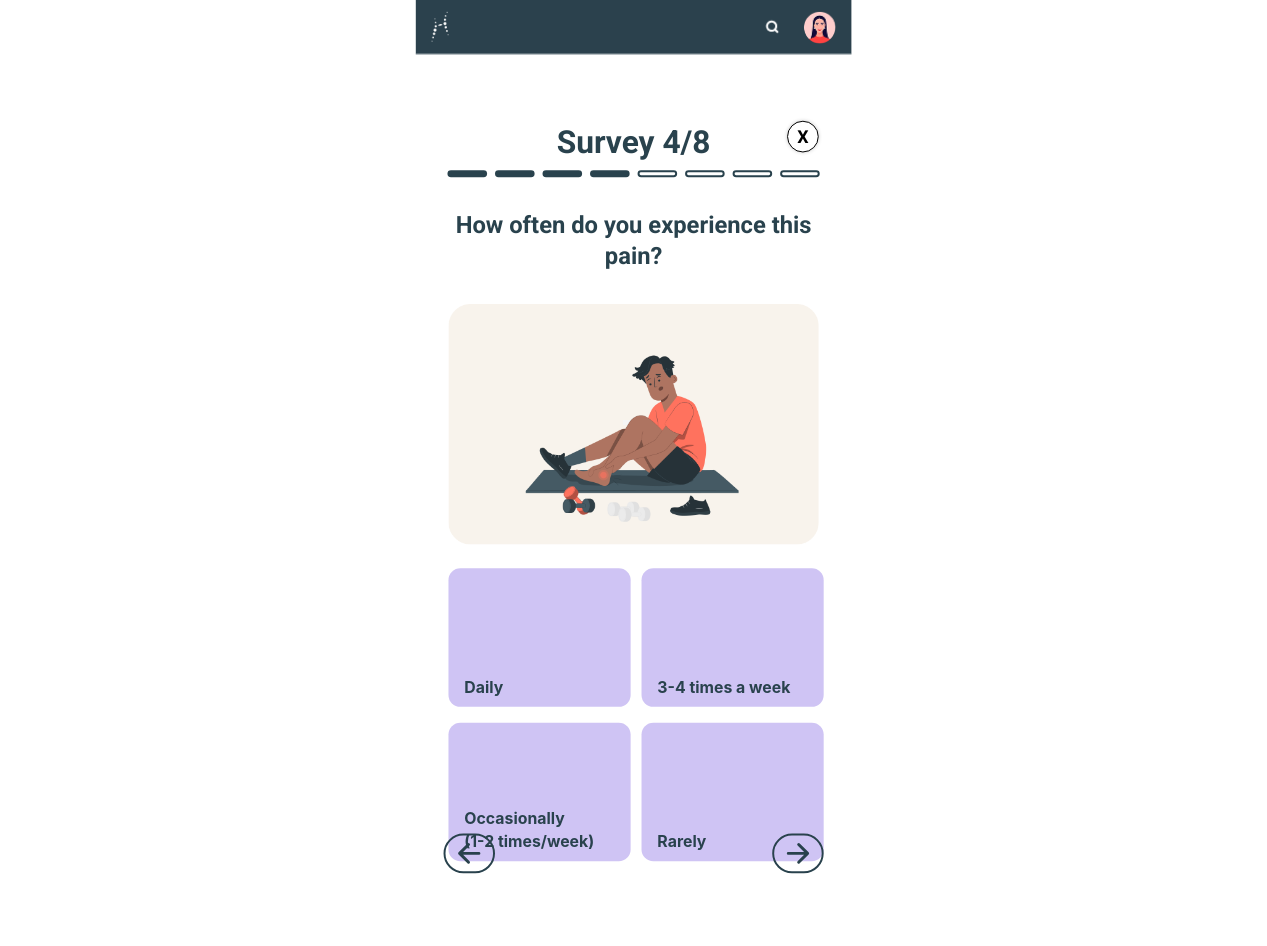
Repository: patcha-d3/heal_u
Page: /onboarding/step-two
The author's editor kept a copy of each file at every save. The page is drawn from the files as they stood at one save, then again after the next save.
The browser window is 1280 px wide. The pictures show the whole page, at 99% of full size.
The project was rebuilt for these pictures with package versions that can differ from the ones it lists, and the page was loaded fresh each time. The framework's server and built-in components were replaced by stand-ins that run in the browser. Also part of the build but not shown: next.config.js, next.config.mjs, ui/Bottomnav/Bottomnav.module.css, ui/Bottomnav/Bottomnav.js, ui/SurveyProgress/Surveyprogress.css.

Above is the page before, as saved 2025-05-16 21:10:29.

### app/layout.js
"use client";

import { Geist, Geist_Mono } from "next/font/google";
import { Roboto } from "next/font/google";
import "./globals.css";
import { usePathname } from "next/navigation";
import { jsx as _jsxDEV } from "react/jsx-dev-runtime";
import { Fragment as _Fragment } from "react/jsx-runtime";
import { jsxs as _jsxsDEV } from "react/jsx-dev-runtime";
import TopNav from "@ui/Topnav/Topnav";
import Bottomnav from "@ui/Bottomnav/Bottomnav";
import { ThemeProvider, useTheme } from "@context/ThemeContext";

const geistSans = Geist({
	variable: "--font-geist-sans",
	subsets: ["latin"],
});

const geistMono = Geist_Mono({
	variable: "--font-geist-mono",
	subsets: ["latin"],
});

const roboto = Roboto({
	weight: ["300", "400", "500", "700"],
	subsets: ["latin"],
	display: "swap",
});

function ThemedContainer({ children }) {
	const { theme } = useTheme();
	const pathname = usePathname();
	const isHome = pathname === "/home";
	const isStepOne = pathname === "/onboarding/step-one";
	const isReDiagnoseFirst = pathname === "/re-diagnose";
	const bgColor =
		isHome || isStepOne || isReDiagnoseFirst
			? "#29424D"
			: theme === "dark"
			? "#29424D"
			: "#FFFFFF";
	return (
		<div className='min-h-screen w-full flex items-center justify-center'>
			<div
				className={`w-[440px] h-[956px] relative flex flex-col`}
				style={{ background: bgColor }}
			>
				{children}
			</div>
		</div>
	);
}

export default function RootLayout({ children }) {
	const pathname = usePathname();
	const isHome = pathname === "/home";
	const hideNav = pathname.startsWith("/plandetail");
	const showBottomNav =
		!pathname?.includes("/onboarding") &&
		!pathname?.startsWith("/recovery-plan/step-one") &&
		!pathname?.startsWith("/recovery-plan/step-two") &&
		!pathname?.startsWith("/recovery-plan/step-three") &&
		!pathname?.startsWith("/recovery-plan/step-four");
	const isStepOne = pathname?.includes("/onboarding/step-one");
	const isStepTwo = pathname?.includes("/onboarding/step-two");
	const isRecoveryStepOne = pathname?.includes("/recovery-plan/step-one");
	const isRecoveryStepTwo = pathname?.includes("/recovery-plan/step-two");
	const isStepThree = pathname?.includes("/onboarding/step-three");
	const isStepFour = pathname?.includes("/onboarding/step-four");
	const isReDiagnoseFirst = pathname === "/re-diagnose";

	return (
		<html lang='en'>
			<body
				className={`${geistSans.variable} ${geistMono.variable} ${roboto.className} antialiased`}
				suppressHydrationWarning
			>
				<ThemeProvider>
					<ThemedContainer>
						{!hideNav && (
							<TopNav
								isHome={isHome}
							/>
						)}
						<main className='flex-1 overflow-y-auto flex items-center justify-center'>
							{children}
						</main>
						{showBottomNav && (
							<div className='absolute bottom-0 left-0 right-0'>
								<Bottomnav />
							</div>
						)}
					</ThemedContainer>
				</ThemeProvider>
			</body>
		</html>
	);
}

### app/onboarding/step-two/page.js
"use client";

import React, { useState } from "react";
import ButtonSurvey from "@ui/Button-survey/Button-survey";
import Image from "next/image";
import ExitChip from "@ui/Exitchip/Exitchip";
import SurveyProgress from "@ui/SurveyProgress/SurveyProgress";
import ButtonBack from "@ui/Button-back/Button-back";
import ButtonForward from "@ui/Button-forward/Button-forward";
import { useRouter } from "next/navigation";

export default function RootPage() {
	const [selected, setSelected] = useState(null);
	const currentStep = 4;
	const totalSteps = 8;
	const router = useRouter();

	return (
		<div className='w-[406px] h-[800px] relative'>
			<ExitChip className='absolute top-[16px] right-[16px]' />
			<div className='absolute bottom-[24px] left-0 right-0 flex justify-between px-[11px]'>
				<ButtonBack
					onClick={() =>
						router.push(
							"/onboarding/step-one"
						)
					}
				/>
				<ButtonForward
					onClick={() =>
						router.push(
							"/onboarding/step-four"
						)
					}
				/>
			</div>
			<main className='h-full flex flex-col px-4 py-[18px]'>
				<SurveyProgress
					currentStep={currentStep}
					totalSteps={totalSteps}
				/>
				<h2 className='text-2xl font-semibold text-[#29424D] text-center gap-6 mt-8'>
					How often do you experience this pain?
				</h2>

				{/* Image and Button Wrapper */}
				<div className='flex flex-col items-center gap-6 mt-8'>
					<Image
						src='/assets/survey-img.png'
						alt='Survey'
						width={400}
						height={260}
						className='rounded-lg'
					/>

					<div className='grid grid-cols-2 gap-4'>
						<ButtonSurvey
							label='Daily'
							active={
								selected ===
								"Daily"
							}
							onClick={() =>
								setSelected(
									"Daily"
								)
							}
						/>
						<ButtonSurvey
							label='3-4 times a week'
							active={
								selected ===
								"3-4 times a week"
							}
							onClick={() =>
								setSelected(
									"3-4 times a week"
								)
							}
						/>
						<ButtonSurvey
							label={
								<>
									Occasionally
									<br />
									(1-2
									times/week)
								</>
							}
							active={
								selected ===
								"Occasionally (1-2 times/week)"
							}
							onClick={() =>
								setSelected(
									"Occasionally (1-2 times/week)"
								)
							}
						/>
						<ButtonSurvey
							label='Rarely'
							active={
								selected ===
								"Rarely"
							}
							onClick={() =>
								setSelected(
									"Rarely"
								)
							}
						/>
					</div>
				</div>
			</main>
		</div>
	);
}

### ui/Topnav/Topnav.js
"use client";

import React, { useState } from "react";
import styles from "./TopNav.module.css";

export default function TopNav() {
	const [showSearch, setShowSearch] = useState(false);
	const [hasNotification, setHasNotification] = useState(false);

	return (
		<header
			className={styles.topBar}
			style={{
				borderBottom:
					"1px solid rgba(255, 255, 255, 0.5)",
			}}
		>
			<a href='/' className={styles.logoContainer}>
				<img
					src='/assets/logo.png'
					alt='Logo'
					className={styles.logoImg}
				/>
			</a>

			<div className={styles.iconContainer}>
				<div className={styles.searchWrapper}>
					{showSearch && (
						<div
							className={
								styles.searchBox
							}
						>
							<input
								type='text'
								className={
									styles.searchInput
								}
								placeholder='Search...'
								autoFocus
							/>
						</div>
					)}
					<img
						src='/assets/search.png'
						alt='Search'
						className={`${styles.iconImg} ${
							showSearch
								? styles.dark
								: ""
						}`}
						onClick={() =>
							setShowSearch(
								!showSearch
							)
						}
					/>
				</div>

				<div className={styles.avatarContainer}>
					<img
						src={
							hasNotification
								? "/assets/avatar-notification.png"
								: "/assets/avatar.png"
						}
						alt='Avatar'
						className={styles.avatarImg}
					/>
				</div>
			</div>
		</header>
	);
}

### context/ThemeContext.js
"use client";
import React, { createContext, useContext, useState, useEffect } from "react";

const ThemeContext = createContext();

export function ThemeProvider({ children }) {
	const [theme, setTheme] = useState("light");

	useEffect(() => {
		const stored =
			typeof window !== "undefined" &&
			localStorage.getItem("theme");
		if (stored) setTheme(stored);
	}, []);

	useEffect(() => {
		if (typeof window !== "undefined") {
			localStorage.setItem("theme", theme);
		}
	}, [theme]);

	return (
		<ThemeContext.Provider value={{ theme, setTheme }}>
			{children}
		</ThemeContext.Provider>
	);
}

export function useTheme() {
	return useContext(ThemeContext);
}

### ui/Button-survey/Button-survey.js
import React from 'react';
import styles from './Button-survey.module.css';


const ButtonSurvey = ({ label, active, onClick }) => (
  <button
    className={`${styles.surveyButton}${active ? ' ' + styles.active : ''}`}
    onClick={onClick}
  >
    {label}
  </button>
);

export default ButtonSurvey;

### ui/Exitchip/Exitchip.js
import styles from "./Exitchip.module.css";

export default function ExitChip({ className }) {
	return (
		<button className={`${styles.button} ${className || ""}`}>
			X
		</button>
	);
}

### ui/SurveyProgress/SurveyProgress.js
"use client";

import React from "react";
import "./SurveyProgress.css";

const SurveyProgress = ({ currentStep, totalSteps }) => {
	return (
		<div className='flex flex-col items-center gap-2'>
			<div className='text-[32px] leading-[40px] font-roboto font-bold text-[#29424D]'>
				Survey {currentStep}/{totalSteps}
			</div>
			<div className='flex gap-2'>
				{Array.from({ length: totalSteps }).map(
					(_, index) => (
						<div
							key={index}
							className={`w-10 h-[7px] rounded-lg ${
								index <
								currentStep
									? "bg-[#29424D]"
									: "border-2 border-[#29424D]"
							}`}
						/>
					)
				)}
			</div>
		</div>
	);
};

export default SurveyProgress;

### ui/Button-back/Button-back.js
"use client";

import React from "react";
import { IoArrowBack } from "react-icons/io5";
import styles from "./Button-back.module.css";

export default function ButtonBack({ onClick, className = "" }) {
	return (
		<button
			className={`${styles.backButton} ${className}`}
			onClick={onClick}
			aria-label='Go back'
			type='button'
		>
			<IoArrowBack className={styles.arrowIcon} />
		</button>
	);
}

### ui/Button-forward/Button-forward.js
"use client";

import React from "react";
import { IoArrowForward } from "react-icons/io5";
import styles from "./Button-forward.module.css";

export default function ButtonForward({ onClick, className = "" }) {
	return (
		<button
			className={`${styles.forwardButton} ${className}`}
			onClick={onClick}
			aria-label='Go forward'
			type='button'
		>
			<IoArrowForward className={styles.arrowIcon} />
		</button>
	);
}

### ui/Topnav/Topnav.module.css
.topBar {
	width: 440px;
	height: 55px;
	background-color: #2b414d;
	display: flex;
	align-items: center;
	justify-content: space-between;
	padding: 0 16px;
	margin: 0 auto;
	box-sizing: border-box;
	border-bottom: 1px solid #ffffff;
}

.logoImg {
	height: 30.56px;
	cursor: pointer;
}

.iconContainer {
	display: flex;
	align-items: center;
	gap: 16px;
}

.searchWrapper {
	display: flex;
	align-items: center;
	gap: 8px;
	position: relative;
}

.searchBox {
	background-color: white;
	width: 226px;
	height: 32px;
	border-radius: 24px;
	display: flex;
	align-items: center;
	padding: 0 5px;
	gap: 8px;
	transition: all 0.3s ease;
}

.searchInput {
	flex: 1;
	border: none;
	outline: none;
	font-size: 16px;
	background-color: transparent;
}

.iconImg {
	width: 32px;
	height: 32px;
	cursor: pointer;
	filter: brightness(200);
	transition: filter 0.3s ease;
}

.iconImg.dark {
	filter: brightness(0);
}

.avatarContainer {
	width: 32px;
	height: 34px;
	border-radius: 50%;
	overflow: hidden;
}

.avatarImg {
	width: 100%;
	height: 100%;
	object-fit: cover;
}

### ui/Button-survey/Button-survey.module.css
.surveyButton {
    background-color: #CFC4F4;
    color: #29424D;
    font-family: 'Inter', sans-serif;
    font-weight: bold;
    font-size: 16px;
    padding: 8px 16px;
    border: none;
    border-radius: 12px;
    cursor: pointer;
    transition: background-color 0.3s, color 0.3s;
    width: 184px;
    height: 140px;
    display: flex;
    align-items: flex-end;
    justify-content: flex-start;
    text-align: left;
}

.surveyButton.active {
    background-color: #29424D;
    color: #CFC4F4;
}

### ui/Exitchip/Exitchip.module.css
.button {
    background-color: white;
    color: black;
    border: 1px solid black;
    border-radius: 50%;
    width: 32px;
    height: 32px;
    font-size: 18px;
    font-weight: bold;
    text-align: center;
    cursor: pointer;
    box-shadow: 0 0 4px rgba(0,0,0,0.2);
    transition: all 0.2s ease-in-out;
    line-height: 28px;
    padding: 0;
  }

  .button:hover {
    background-color: #f0f0f0;
    border-color: black;
  }

### ui/Button-back/Button-back.module.css
.backButton {
	background: none;
	border: 2px solid #29424d;
	border-radius: 24px;
	padding: 0;
	cursor: pointer;
	outline: none;
	display: flex;
	align-items: center;
	justify-content: center;
	width: 52px;
	height: 40px;
}

.arrowIcon {
	width: 32px;
	height: 32px;
	color: #29424d;
	transition: transform 0.2s ease;
}

.backButton:hover .arrowIcon {
	transform: translateX(-4px);
}

### ui/Button-forward/Button-forward.module.css
.forwardButton {
	background: none;
	border: 2px solid #29424d;
	border-radius: 24px;
	padding: 0;
	cursor: pointer;
	outline: none;
	display: flex;
	align-items: center;
	justify-content: center;
	width: 52px;
	height: 40px;
}

.arrowIcon {
	width: 32px;
	height: 32px;
	color: #29424d;
	transition: transform 0.2s ease;
}

.forwardButton:hover .arrowIcon {
	transform: translateX(4px);
}

Loaded but not shown: app/globals.css (common file)

After the next save:
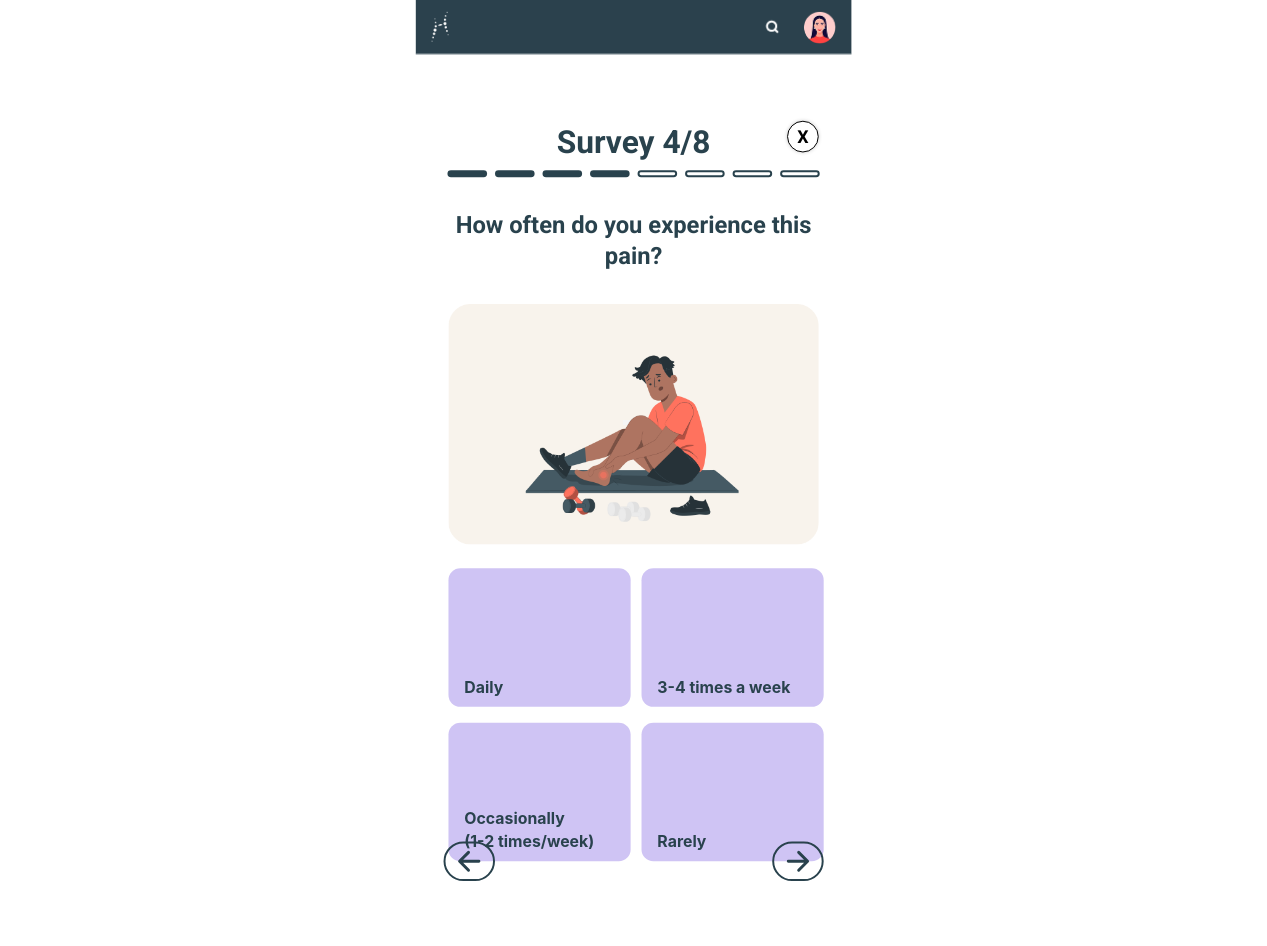
Saved 12 s later.
--- a/app/onboarding/step-two/page.js
+++ b/app/onboarding/step-two/page.js
@@ -18,7 +18,7 @@ export default function RootPage() {
 	return (
 		<div className='w-[406px] h-[800px] relative'>
 			<ExitChip className='absolute top-[16px] right-[16px]' />
-			<div className='absolute bottom-[24px] left-0 right-0 flex justify-between px-[11px]'>
+			<div className='absolute bottom-[16px] left-0 right-0 flex justify-between px-[11px]'>
 				<ButtonBack
 					onClick={() =>
 						router.push(
